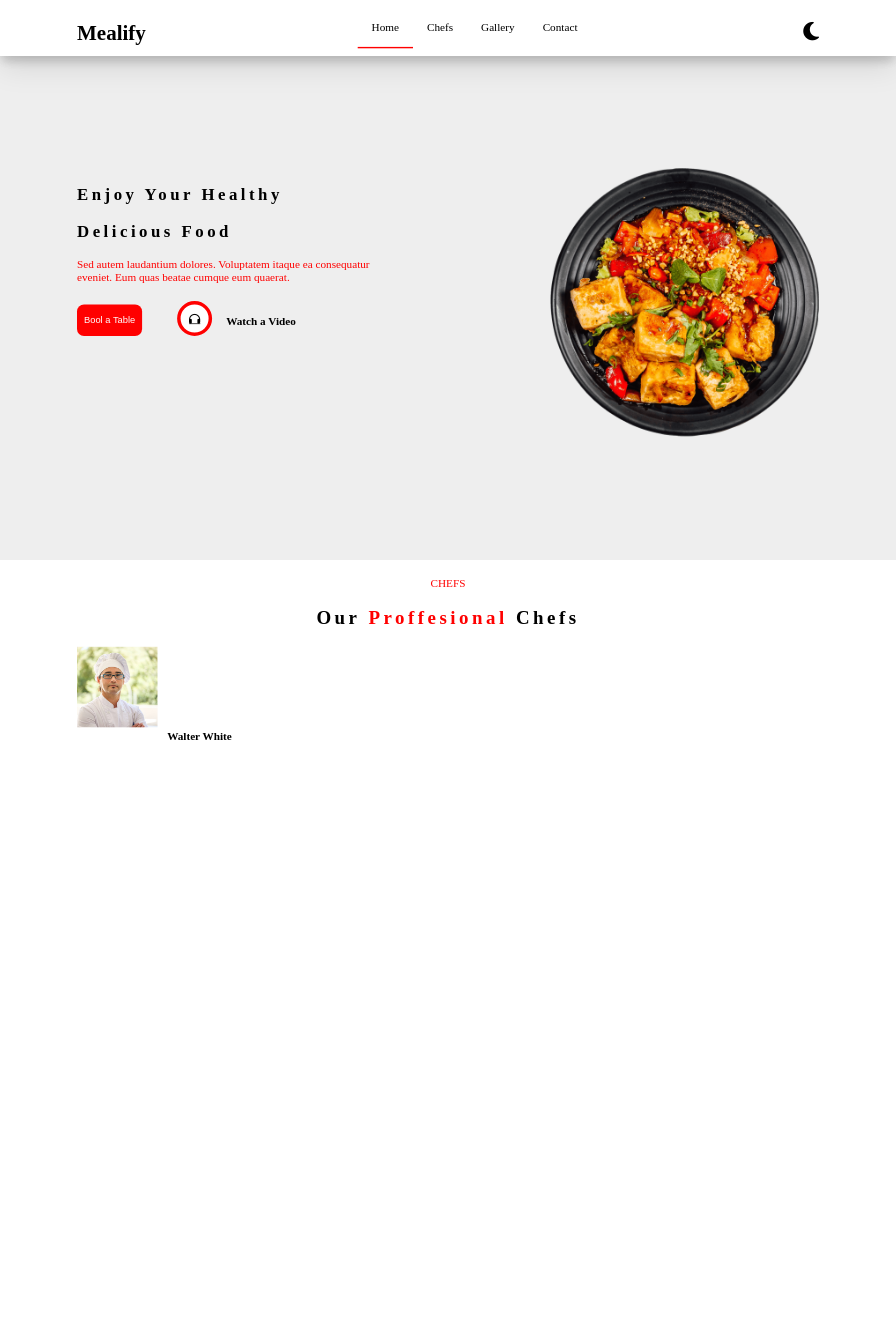
Repository: Ahmedalid/New-project
Page: Rout/index.html
The author's editor kept a copy of each file at every save. The page is drawn from the files as they stood at one save, then again after the next save.
The browser window is 1280 px wide. The pictures show the part of the page from y = 0 to 1920 px (the page is 5000 px tall), at 70% of full size.

Above is the page before, as saved 2023-06-04 20:03:26.

### Rout/index.html
<!DOCTYPE html>
<html lang="en">

<head>
    <meta charset="UTF-8">
    <meta http-equiv="X-UA-Compatible" content="IE=edge">
    <meta name="viewport" content="width=device-width, initial-scale=1.0">
    <link rel="stylesheet" href="https://cdnjs.cloudflare.com/ajax/libs/font-awesome/6.4.0/css/all.min.css">
    <link rel="stylesheet" href="css/style.css">
    <title>Document</title>
</head>

<body>
    <!-- Start NavBar -->
<nav>
<div class="div-nav">
    <div class="nav-logo">
        <h1>Mealify</h1>
    </div>
    <div class="nav-item">
        <ul>
            <li><a href="default.asp" class="home-actiev">Home</a></li>
            <li><a href="" class="text-color" >Chefs</a></li>
            <li><a href="" class="text-color" >Gallery</a></li>
            <li><a href="" class="text-color" >Contact</a></li>
          </ul>
    </div>
    <div class="nav-icon">
        <span><i class="fa-solid fa-moon"></i></span>
    </div>
</div>
</nav>
<!-- End NavBar -->

<!-- Start Header -->
<header>
    <div class="div-header">
        <div class="content-header container">
            <h2 class="mt li">Enjoy Your Healthy</h2>
            <h2 class="mt li">Delicious Food</h2>
            <p class="mt text-color">Sed autem laudantium dolores. Voluptatem itaque ea consequatur eveniet.
                 Eum quas beatae cumque eum quaerat.</p>
                 <div class="d-flex">
                    <button class="btn-Boolatable">Bool a Table</button>
                    <div class="d-flex mt  ">
               <a href="" class="icone-headphones">      <span class="headphones d-center">  <i class="fa-solid fa-headphones "></i></span> </a>
                     <span class="Video">Watch a Video</span>
                    </div>
                 </div>
        </div>
        <div class="content-header container">
            <div class="img-header ">
                <img src="img/hero-img.png" alt="">
            </div>
        </div>
    </div>
</header>
<!-- End Header -->
<section class="container">
    <p class="text-center text-color mt">CHEFS</p>
    <h5 class="li text-center our-section mt">
        Our
        <span class="text-color">Proffesional</span>
        Chefs
    </h5>
    <!-- Card And Img -->
    <div class="mt card-img">
        <div class="">
            <img src="img/chefs-3.jpg" alt="">
            <h4 class="text-center">Walter White </h4>

        </div>
    </div>
</section>
</body>

</html>

### Rout/css/style.css
*{
    margin: 0;
    padding: 0;
    box-sizing: border-box;
}
body{
    height: 5000px;
}
nav{
    box-shadow: 0px 16px 43px 0px rgba(0,0,0,0.1),0px 10px 15px -3px rgba(0,0,0,0.1),0px 10px 15px -3px rgba(0,0,0,0.1);
       height: 80px;
       position: sticky;
       top: 0;
       left: 0;
       overflow: auto;
       background-color: white;
}
.div-nav{
     margin: auto 110px;
    display: flex;
   margin-top: 30px;
    justify-content: space-between;
}
.container{
    margin: auto 110px;
}
.nav-item ul li{
    list-style: none;

    width: 100%;

}
.nav-item ul li a{
     text-decoration: none;
     color: black;
     padding: 20px;
     outline: none;
     transition: 0.5;
     font-weight: 400;
}
.nav-item ul li a:hover{
    border-bottom: 2px solid red;
}
.nav-item ul {
          display: flex;
    justify-content: space-between;

}
.nav-logo h1{
    font-weight: bold;
    font-size: 30px;
}
.home-actiev{
    border-bottom: 2px solid red;
    font-weight: bold;
}
.nav-icon span i{
    font-size: 30px;
}
/* End NavBar */
/* Start Header */
/* Start Header */
.div-header{
    display: flex;
}
header{
    background-color: #eeeeee;
    overflow: auto;
    height: 100vh;
}
.content-header{
  margin-top: 160px;
}
img{
    width: 100%;
}
.mt{
    margin-top: 25px;
}
.li{
    letter-spacing: 5px;
}
.text-color{
    color: #7f7f90;
}
.d-flex{
    display: flex;
}
.btn-Boolatable{
    border: none;
    outline: none;
    background-color: red;
    color: white;
    padding: 10px;
    border-radius: 10px;
    margin-top: 30px;
}
.headphones{
    background-color: white;
    border-radius: 50%;
    width: 50px;
    height: 50px;
    border: 5px solid red;
    margin-left: 50px;
    cursor: pointer;
}
.d-center{
    display: flex;
    justify-content: center;
    align-items: center;
}
.Video{
    margin-top: 20px;
    margin-left: 20px;
    font-weight: bold;
    cursor: pointer;
    transition: 0.5s;
}
.Video:hover{
    color: red;
}
.icone-headphones{
    color: black;
    list-style: none;
}

.text-center{
    text-align: center;
    /* margin-top: 50px; */
}
.text-color{
    color: red;
}
.our-section{
    font-size: 27px;
}
.card-img{
    width: 33%;
    display: inline-block;
}
.card-img img{
    width: 33%;
}

After the next save:
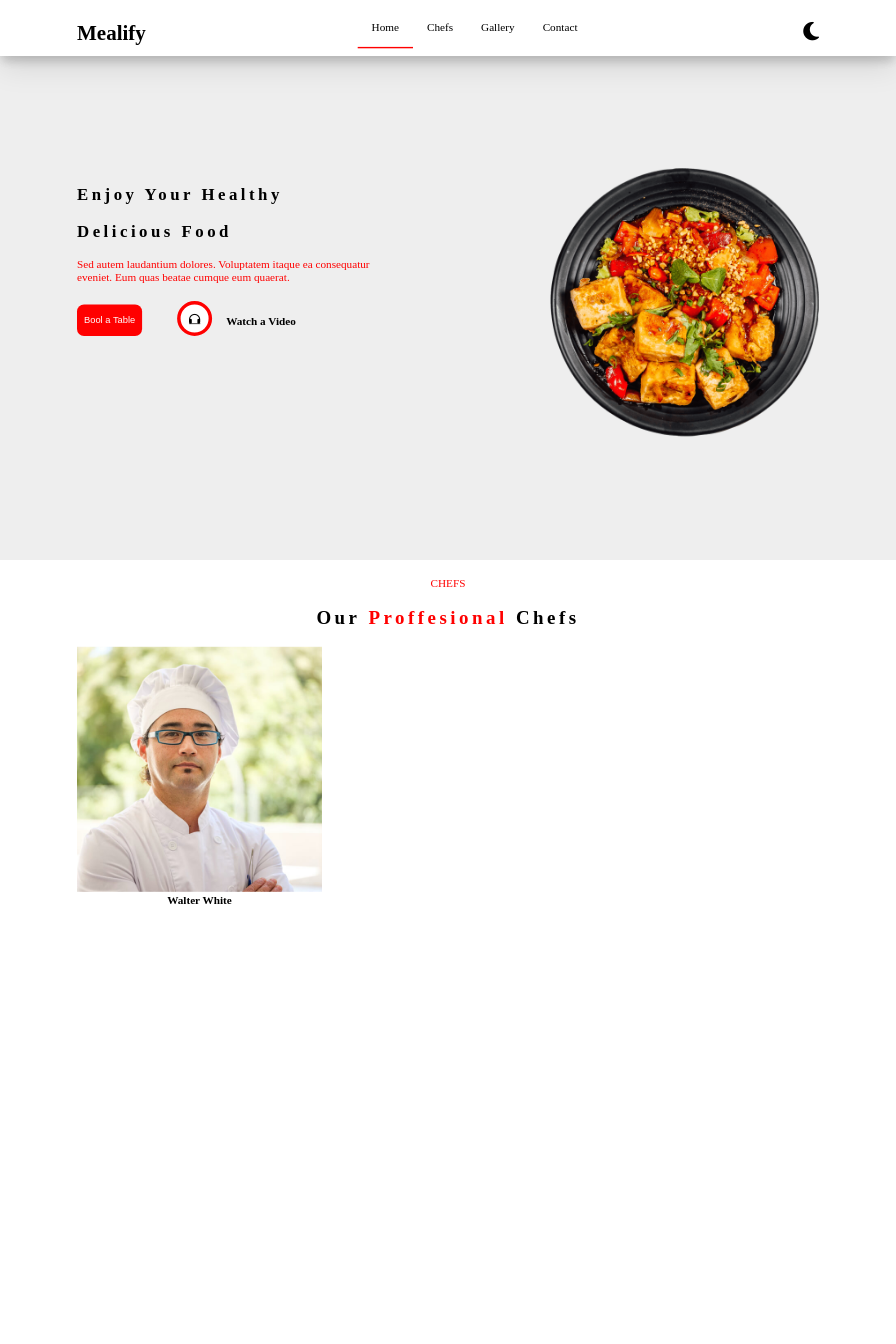
Saved 5 s later.
--- a/Rout/css/style.css
+++ b/Rout/css/style.css
@@ -138,6 +138,3 @@ img{
     width: 33%;
     display: inline-block;
 }
-.card-img img{
-    width: 33%;
-}
